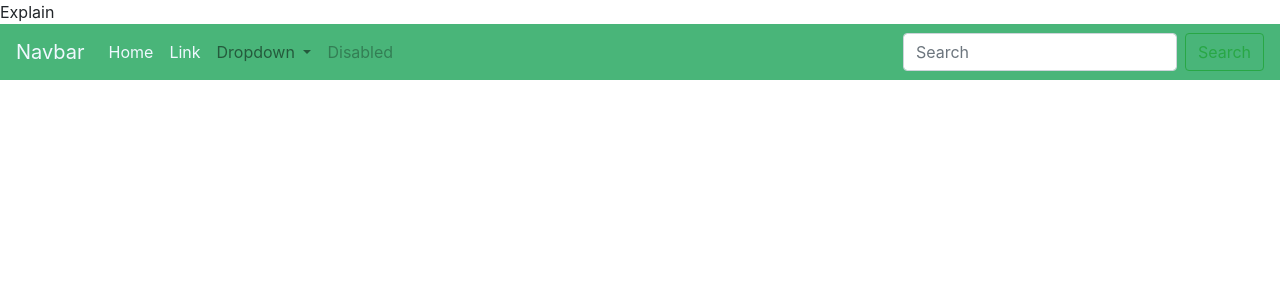
Repository: tsthuy/Badminton
Page: index.html
The author's editor kept a copy of each file at every save. The page is drawn from the files as they stood at one save, then again after the next save.
The browser window is 1280 px wide. The pictures show the whole page.
Some web libraries are served in a nearby version.

Above is the page before, as saved 2023-10-12 20:14:18.

After the next save:
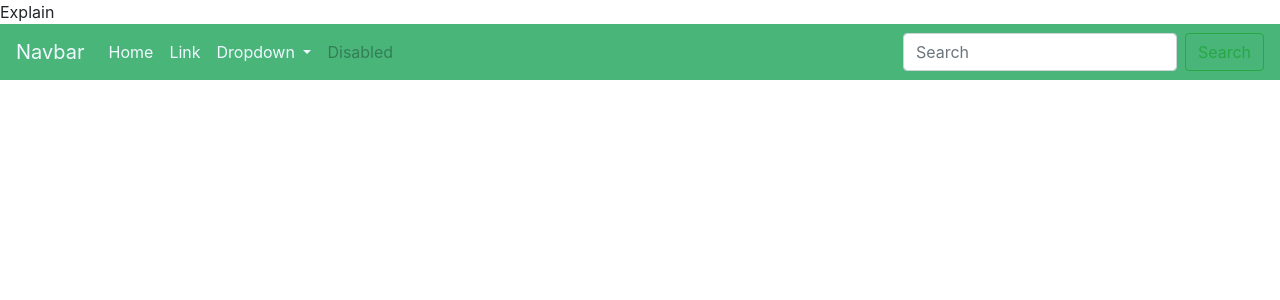
Saved 7 s later.
--- a/index.html
+++ b/index.html
@@ -25,7 +25,7 @@
         <a style="color: aliceblue;" class="nav-link" href="#">Link</a>
       </li>
       <li class="nav-item dropdown">
-        <a class="nav-link dropdown-toggle" href="#" id="navbarDropdown" role="button" data-toggle="dropdown" aria-haspopup="true" aria-expanded="false">
+        <a style="color: aliceblue;" class="nav-link dropdown-toggle" href="#" id="navbarDropdown" role="button" data-toggle="dropdown" aria-haspopup="true" aria-expanded="false">
           Dropdown
         </a>
         <div class="dropdown-menu" aria-labelledby="navbarDropdown">
